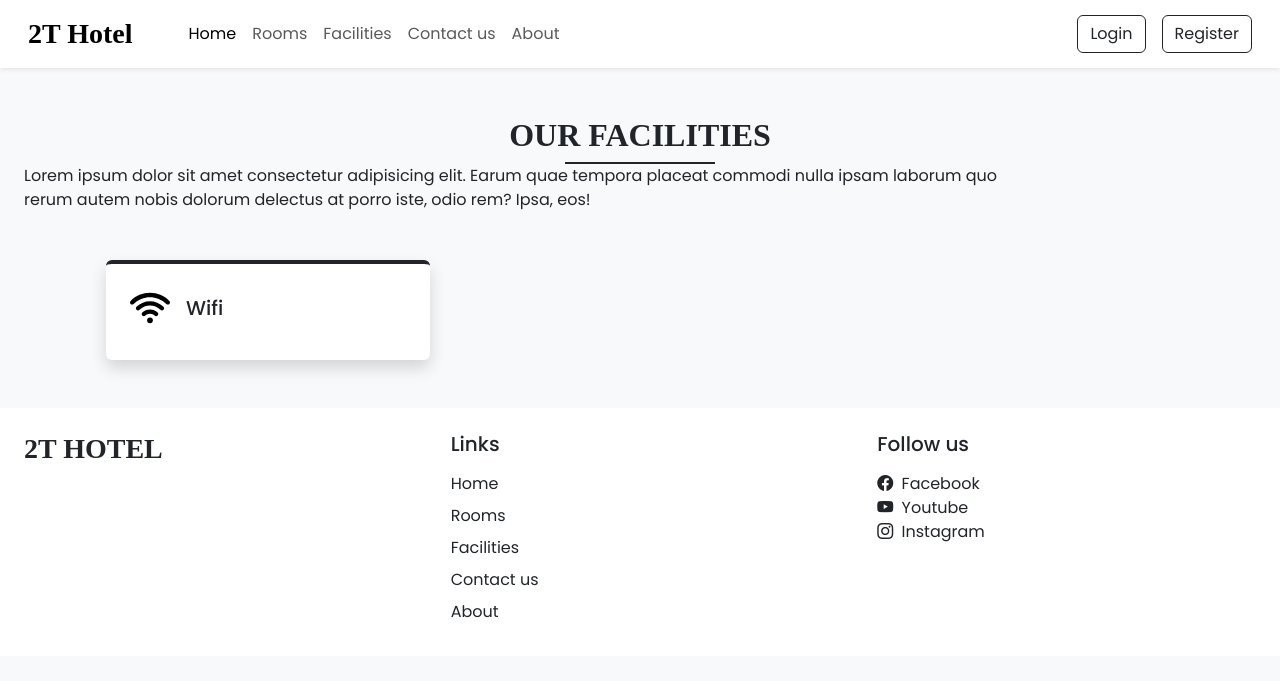
Repository: ntruong0906/desktop-tutorial
Page: http://localhost/facilities.php
An editor plug-in stored every save of this project. The page is shown before and after the next save, followed by the edit.
The browser window is 1280 px wide. The pictures show the whole page.
Some web fonts or font styles are not loaded; a fallback is used. The page is run by PHP 8.4 with error messages shown; the project is at /var/www/html/.

Above is the page before, as saved 2024-03-17 16:31:26.

After the next save:
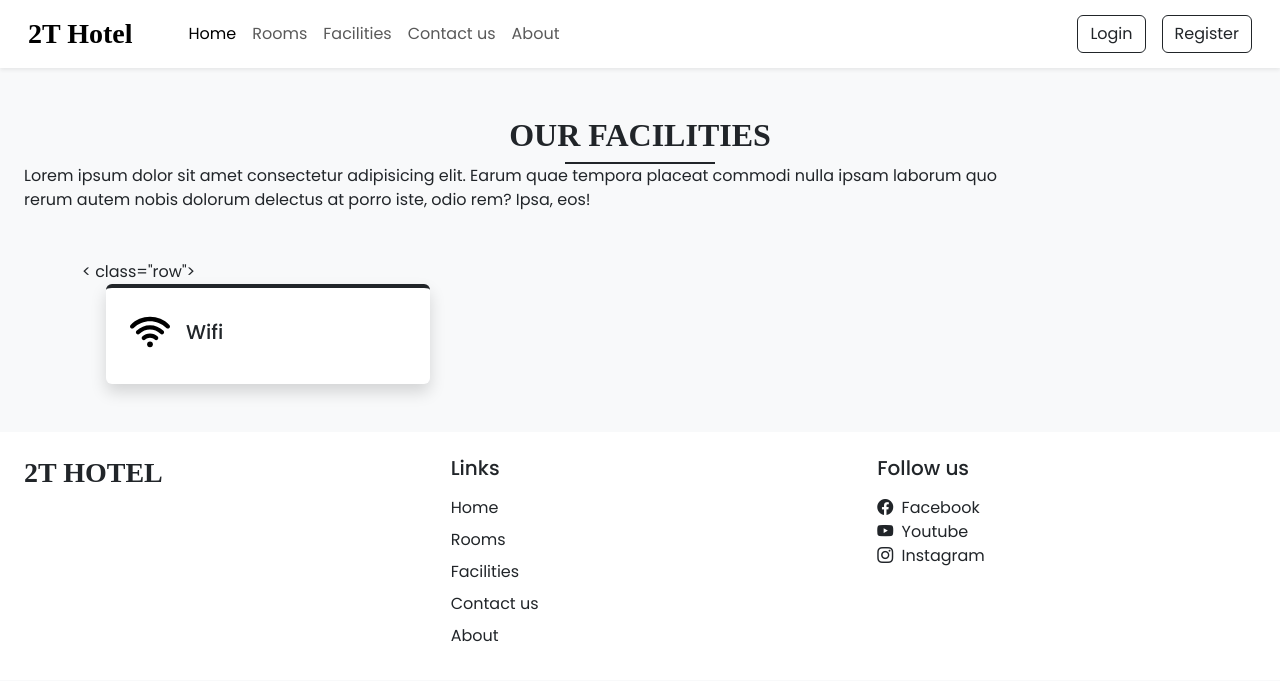
Saved 31 s later.
--- a/WebsiteBookingHotel/facilities.php
+++ b/WebsiteBookingHotel/facilities.php
@@ -28,7 +28,7 @@
             laborum quo <br> rerum autem nobis dolorum delectus at porro iste, odio rem? Ipsa, eos!</p>
     </div>
     <div class="container">
-        <div>
+        < class="row">
             <div class="col-lg-4 col-md-6 mb-5 px-4">
                 <div class="bg-white rounded shadow p-4 border-top border-4 border-dark">
                     <div class="d-flex align-items-center mb-2">
@@ -37,7 +37,6 @@
                     </div>
                 </div>
             </div>
-        </div>
     </div>
     </div>
     <!-- footer -->
